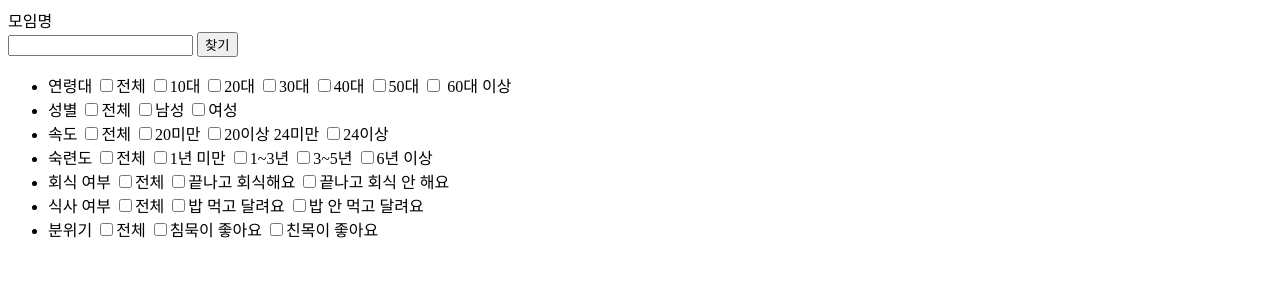
Repository: onpul/TEAM1
Page: http://localhost/Riding/mj/RidingList.jsp
The author's editor kept a copy of each file at every save. The page is drawn from the files as they stood at one save, then again after the next save.
The browser window is 1280 px wide. The pictures show the whole page.
The page is served by Tomcat 9. Other server files are loaded and not shown.

Above is the page before, as saved 2022-06-04 10:32:36.

### Riding/WebContent/mj/RidingList.jsp
<%@ page contentType="text/html; charset=UTF-8"%>
<%
	request.setCharacterEncoding("UTF-8");
	String cp = request.getContextPath();
%>
<!DOCTYPE html>
<html>
<head>
<meta charset="UTF-8">
<title>Insert title here</title>
</head>
<body>
<div>
	<div>모임명</div>
	<input type="text" />
	<input type="button" value="찾기"/>
</div>
<div>
	<ul>
		<li> 연령대
		<label><input type="checkbox" name="age" value="전체">전체</label>
		<label><input type="checkbox" name="age" value="10대">10대</label>
		<label><input type="checkbox" name="age" value="20대">20대</label>
		<label><input type="checkbox" name="age" value="30대">30대</label>
		<label><input type="checkbox" name="age" value="40대">40대</label>
		<label><input type="checkbox" name="age" value="50대">50대</label>
		<label><input type="checkbox" name="age" value="60대 이상"> 60대 이상</label>
		</li>
		<li> 성별
		<label><input type="checkbox" name="gender" value="전체"/>전체</label>
		<label><input type="checkbox" name="gender" value="남성"/>남성</label>
		<label><input type="checkbox" name="gender" value="여성"/>여성</label>
		</li>
		<li> 속도
		<label><input type="checkbox" name="speed" value="전체"/>전체</label>
		<label><input type="checkbox" name="speed" value="20미만"/>20미만</label>
		<label><input type="checkbox" name="speed" value="20이상 24미만"/>20이상 24미만</label>
		<label><input type="checkbox" name="speed" value="24이상"/>24이상</label>
		</li>
		<li> 숙련도
		<label><input type="checkbox" name="step" value="전체"/>전체</label>
		<label><input type="checkbox" name="step" value="1년 미만"/>1년 미만</label>
		<label><input type="checkbox" name="step" value="1~3년"/>1~3년</label>
		<label><input type="checkbox" name="step" value="3~5년"/>3~5년</label>
		<label><input type="checkbox" name="step" value="6년 이상"/>6년 이상</label>
		</li>
		<li> 회식 여부
		<label><input type="checkbox" name="dinning" value="전체"/>전체</label>
		<label><input type="checkbox" name="dinning" value="끝나고 회식해요"/>끝나고 회식해요</label>
		<label><input type="checkbox" name="dinning" value="끝나고 회식 안 해요"/>끝나고 회식 안 해요</label>
		</li>
		<li> 식사 여부
		<label><input type="checkbox" name="eat" value="전체"/>전체</label>
		<label><input type="checkbox" name="eat" value="밥 먹고 달려요"/>밥 먹고 달려요</label>
		<label><input type="checkbox" name="eat" value="밥 안 먹고 달려요"/>밥 안 먹고 달려요</label>
		</li>
		<li> 분위기
		<label><input type="checkbox" name="mood" value="전체"/>전체</label>
		<label><input type="checkbox" name="mood" value="침묵이 좋아요"/>침묵이 좋아요</label>
		<label><input type="checkbox" name="mood" value="친목이 좋아요"/>친목이 좋아요</label>
		</li>
	</ul>
</div>
</body>
</html>

After the next save:
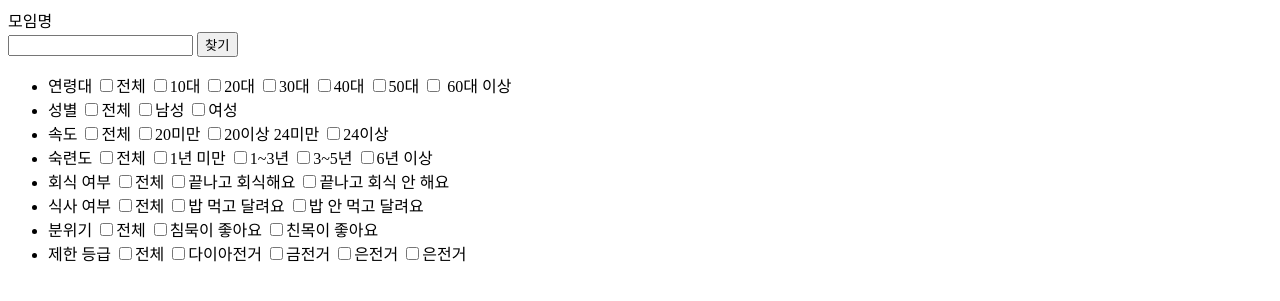
Saved 48 s later.
--- a/Riding/WebContent/mj/RidingList.jsp
+++ b/Riding/WebContent/mj/RidingList.jsp
@@ -59,6 +59,14 @@
 		<label><input type="checkbox" name="mood" value="침묵이 좋아요"/>침묵이 좋아요</label>
 		<label><input type="checkbox" name="mood" value="친목이 좋아요"/>친목이 좋아요</label>
 		</li>
+		<li> 제한 등급
+		<label><input type="checkbox" name="grade" value="전체"/>전체</label>
+		<label><input type="checkbox" name="grade" value="다이아전거"/>다이아전거</label>
+		<label><input type="checkbox" name="grade" value="금전거"/>금전거</label>
+		<label><input type="checkbox" name="grade" value="은전거"/>은전거</label>
+		<label><input type="checkbox" name="grade" value="은전거"/>은전거</label>
+
+		</li>
 	</ul>
 </div>
 </body>
